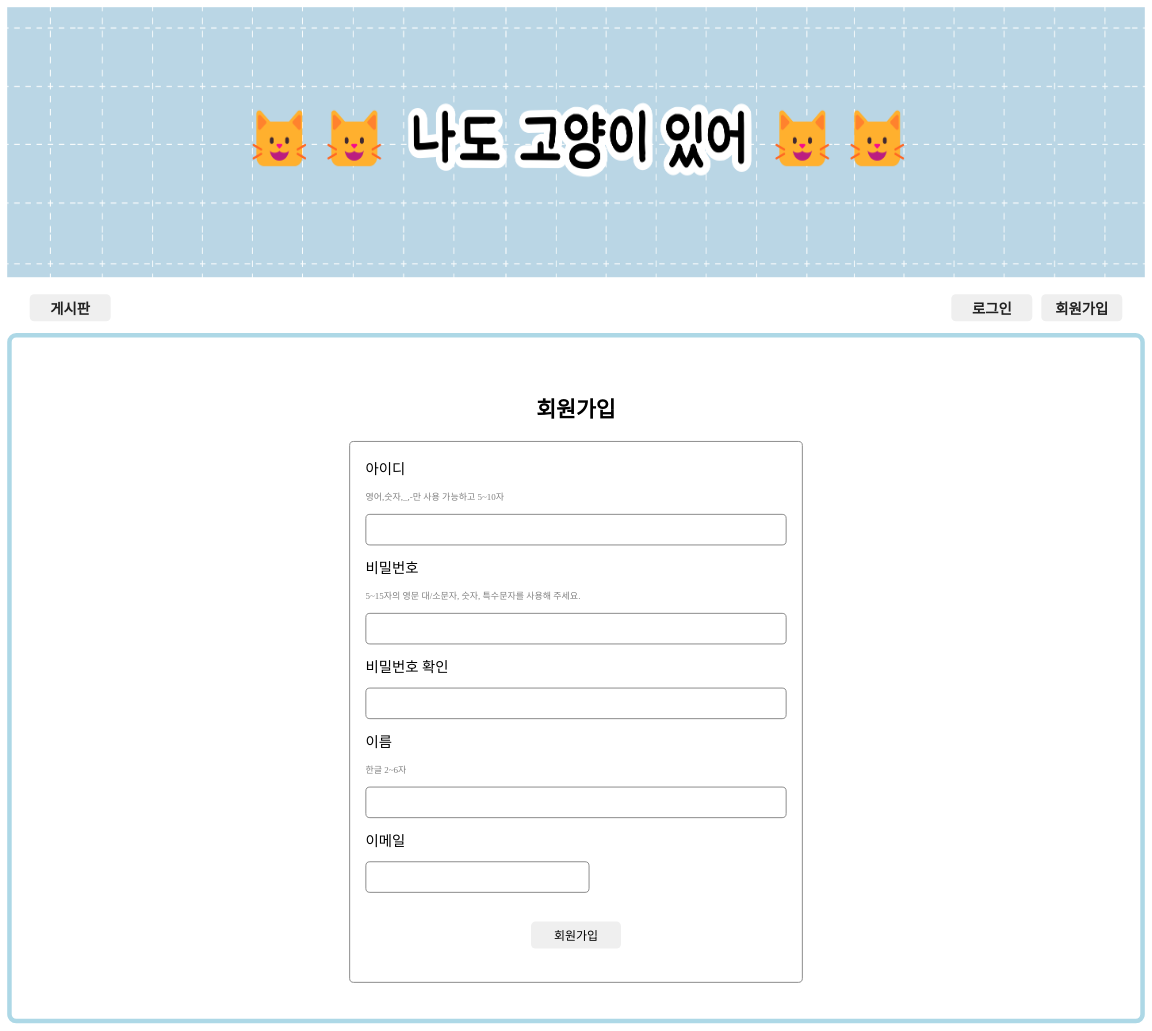
Repository: hh7711/Goit
Page: http://localhost/Goit/WEB-INF/views/signUpPage.jsp
The author's editor kept a copy of each file at every save. The page is drawn from the files as they stood at one save, then again after the next save.
The browser window is 1280 px wide. The pictures show the whole page, at 90% of full size.
Some web fonts or font styles are not loaded; a fallback is used. The page is served by Tomcat 9. Nobody is signed in. Other server files are loaded and not shown. The template is opened directly, without the code that normally fills it, so the values that code supplies are empty.

Above is the page before, as saved 2023-08-03 07:34:55.

### Goit/src/main/webapp/WEB-INF/views/signUpPage.jsp
<%@ page language="java" contentType="text/html; charset=UTF-8"
    pageEncoding="UTF-8"%>
<%@ taglib prefix="c" uri="http://java.sun.com/jsp/jstl/core" %>
<!DOCTYPE html>
<html>
<head>
<meta charset="UTF-8">
<title>나도 고양이 있어</title>
    <style>
    	@font-face {
		    font-family: 'Dovemayo_gothic';
		    src: url('https://cdn.jsdelivr.net/gh/projectnoonnu/noonfonts_2302@1.1/Dovemayo_gothic.woff2') format('woff2');
		    font-weight: normal;
		    font-style: normal;
		}
		body,button,textarea {
			font-family: 'Dovemayo_gothic';
		}
		#main1{
			border: 5px solid lightblue;
			border-radius: 10px;
		}
		.headBtnDiv{
			margin-bottom: 30px; margin-top: 10px;
			margin-left: 20px; margin-right: 20px;
		}
    	.headBtn{
        	border: 0.5px;
        	width: 90px;
        	height: 30px;
        	color: rgb(34, 34, 34);
        	border-radius: 5px;
        	font-size: medium;
        	font-weight: bold;
        	margin: 5px;
        }
        .headBtn:hover{
        	background-color: rgb(211, 253, 255);
        }
        .headId{
        	font-size: medium;
        	font-weight: bold;
        	margin-top: 8px; margin-left: 5px; margin-right: 5px; margin-bottom: 10px;
        }
        table{
            margin-left: auto; margin-right: auto;
            margin-top: 40px; margin-bottom: 40px;
            border: 0.2px solid gray;
            border-radius: 5px;
            align-content: center;
            padding: 10px;
        }
        tr,td{
        	padding: 5px;
        }
        input{
            /* border-top: none; border-left: none; border-right: none; */
            /* border-bottom: 0.5px solid; */
            /* border-top-left-radius: 5px; border-top-right-radius: 5px; */
            border: 0.5px solid gray;
            border-radius: 5px;
            height: 23px;
            font-family: 'Dovemayo_gothic';
            padding: 5px;
        }
        .write:focus{
            background-color: #E8F5FF;
            color: rgb(75, 75, 75);
            outline: none;
            /* box-shadow: 0 0 0 2px #f00; */
        }
        #signUp{
            border: none;
            border-radius: 5px;
            width: 100px;
            height: 30px;
        }
        #signUp:hover{
            background-color: #E8F5FF;
        }
        .displaynone{
        	color: red;
        }
    </style>
</head>
<body>
<!-- 상단 -->
	<div>
		<a href="mainPage">
			<img style="height: 300px;" alt="오류" src="resources/main/main15.png" width="100%">
		</a>
	</div>
	<div class="headBtnDiv">
		<button type="button" class="headBtn" style="float: left;" onclick="location.href='boardList'">게시판</button>
		<c:if test="${dto == null}">
			<button type="button" class="headBtn" style="float: right;" onclick="location.href='signUpPage'">회원가입</button>
			&nbsp;<button type="button" class="headBtn" style="float: right;" onclick="location.href='signInPage'">로그인</button>
		</c:if>
		<c:if test="${dto != null}">
			<button type="button" class="headBtn" style="float: right;" onclick="location.href='signOut'">로그아웃</button>&nbsp;
			<button type="button" class="headBtn" style="float: right;" onclick="location.href='myPage'">마이페이지</button>
			<span class="headId" style="float: right;">${dto.id}님</span>
		</c:if>
	</div>
<!-- 상단 -->
	<div id="main1">
		<div id="main2">
			<div><!-- 본문 -->
				<form method="post" action="signUp" name="signup">
					<table>
						<caption><h2>회원가입</h2></caption>
						<tr>
			                <td>아이디</td>
						</tr>
						<tr>
			                <td style="color: gray; font-size: x-small;">
			                	영어,숫자,_,-만 사용 가능하고 5~10자
			                </td>
						</tr>
			            <tr>
			                <td>
			                    <!-- <input type="text" name="id" id="id" placeholder="아이디를 입력하세요"> -->
			                    <input type="text" name="id" id="id" class="write" size="60" maxlength="10">
			                </td>
			            </tr>
						<tr id="idX" style="display: none;">
							<td style="height: 10px">
			                   	<span class="displaynone">사용할 수 없는 아이디입니다. 다른 아이디를 입력해 주세요.</span>
			                </td>
						</tr>
						<tr id="idO" style="display: none;">
			                <td>
			                    <span class="displaynone">사용 가능한 아이디 입니다.</span>
			                </td>
						</tr>
						<tr>
			                <td>
			                	비밀번호
			                </td>
						</tr>
						<tr>
			                <td style="color: gray; font-size: x-small;">
			                	<span>5~15자의 영문 대/소문자, 숫자, 특수문자를 사용해 주세요.</span>
			                </td>
						</tr>
			            <tr>
			                <td>
			                    <input type="password" id="pwd1" class="write" size="60" maxlength="15">
			                </td>
			            </tr>
						<tr>
			                <td>비밀번호 확인</td>
						</tr>
			            <tr>
			                <td>
			                    <input type="password" name="pwd" id="pwd2" class="write" size="60" maxlength="15">
			                </td>
			            </tr>
			            <tr id="pwdX" style="display: none;">
			                <td>
			                    <span class="displaynone">비밀번호가 일치하지 않습니다.</span>
			                </td>
			            </tr>
			            <tr id="pwdO" style="display: none;">
			                <td>
								<span class="displaynone">비밀번호가 일치합니다.</span>
			                </td>
			            </tr>
						<tr>
			                <td>이름</td>
						</tr>
						<tr>
			                <td style="color: gray; font-size: x-small;">
			                	한글 2~6자
			                </td>
						</tr>
			            <tr>
			                <td colspan="2">
			                    <input type="text" name="name" id="name" class="write" size="60" maxlength="6">
			                </td>
			            </tr>
						<tr>
			                <td>이메일</td>
						</tr>
			            <tr>
			                <td colspan="2">
			                    <input type="text" name="email" id="email" class="write" size="30">
			                </td>
			            </tr>
			            <tr>
			                <td align="center">
			                    <div style="margin: 20px;">
			                        <button type="button" id="signUp">회원가입</button>
			                    </div>
			                </td>
			            </tr>
					</table>
				</form>
			</div><!-- 본문 -->
		</div><!-- main1 -->
	</div><!-- main2 -->
    <script src="https://ajax.googleapis.com/ajax/libs/jquery/3.3.1/jquery.min.js"></script>
    <script type="text/javascript">
        var idCheck = false;
        var pwdCheck = false;
        $("#id").on("propertychange change keyup paste input", function () {
        	var id = $(this).val();
            $.ajax({
                url: "idCheck",
                type: "post",
                data: {id : id},
                dataType: "json",
                success : function(result) {
                    if (result == 2) {
                        $("#idO").show();
                        $("#idX").hide();
                        idCheck = true;
                    }else if (result == 1) {
                        $("#idX").show();
                        $("#idO").hide();
                        idCheck;
                    }
                },
                error: function(){
                    alert("오류");
                }
            });
        });
        $("#pwd2").on("propertychange change keyup paste input", function () {
        	console.log("비밀번호 입력중")
			if ($("#pwd1").val() != $("#pwd2").val()) {
			    $("#pwdX").show();
			    $("#pwdO").hide();
			}else if ($("#pwd1").val() == $("#pwd2").val()) {
			    $("#pwdO").show();
			    $("#pwdX").hide();
			}
        });
//      아이디, 비밀번호, 이름, 이메일 유효성검사를 위한 정규식
// 		영어,숫자,_,-만 사용 가능하고 5~10자
        var userIdCheck = RegExp(/^[A-Za-z0-9_\-]{5,10}$/);
//      영문 대/소문자, 숫자, 특수문자를 하나 이상 포함하여 5~15자
        var userPwdCheck = (/^(?=.*[a-z])(?=.*[A-Z])(?=.*[0-9])(?=.*[!@#$%^*?]).{5,15}$/);
//         한글 2~6자
        var userNameCheck = RegExp(/^[가-힣]{2,6}$/);

        var userEmailCheck = RegExp(/^[A-Za-z0-9_\.\-]+@[A-Za-z0-9\-]+\.[A-Za-z0-9\-]+/);

//      회원가입 버튼 눌렀을때
        $("#signUp").on("click", function() {
			if ($("#id").val() == "") {
				alert("아이디를 입력해주세요.");
				$("#id").focus();
				return false;
			}
			if(!userIdCheck.test($("#id").val())){
		        alert("아이디 형식에 맞게 입력해주세요.");
		        $("#id").focus();
		        return false;
	      	}
        	if (idCheck == false) {
        		alert("이미 존재하는 아이디 입니다.");
				$("#id").focus();
				return false;
			}
			if ($("#id").val().length < 5) {
				alert("아이디는 5글자 이상이여야 합니다");
				$("#id").focus();
				return false;
			}
			if ($("#pwd1").val() == "" || $("#pwd2").val() == "") {
				alert("비밀번호를 입력해주세요.");
				$("#pwd1").focus();
				return false;
			}
			if ($("#id").val() == $("#pwd1").val()) {
				alert("아이디를 비밀번호로 사용할 수 없습니다.");
				$("#pwd1").val("");
				$("#pwd1").focus();
				return false;
			}
			if ($("#pwd1").val().length < 5) {
				alert("비밀번호는 5자 이상이여야 합니다.");
				$("#pwd1").focus();
				return false;
			}
			if ($("#pwd1").val() != $("#pwd2").val()) {
				alert("비밀번호가 일치하지 않습니다.");
				$("#pwd1").focus();
				return false;
			}
			if(!userPwdCheck.test($("#pwd1").val())){
		        alert("비밀번호 형식에 맞게 입력해주세요.");
		        $("#pwd1").focus();
		        return false;
	      	}
			if ($("#name").val() == "") {
				alert("이름을 입력해주세요.");
				$("#name").focus();
				return false;
			}
			if(!userNameCheck.test($("#name").val())){
		        alert("이름똑바로~");
		        $("#name").focus();
		        return false;
	      	}
			if ($("#email").val() == "") {
				alert("이메일을 입력해주세요.");
				$("#email").focus();
				return false;
			}
			if(!userEmailCheck.test($("#email").val())){
		        alert("이메일주소가 올바르지 않습니다.");
		        $("#email").focus();
		        return false;
	      	}
			document.signup.submit();
		});
    </script>
</body>
</html>

After the next save:
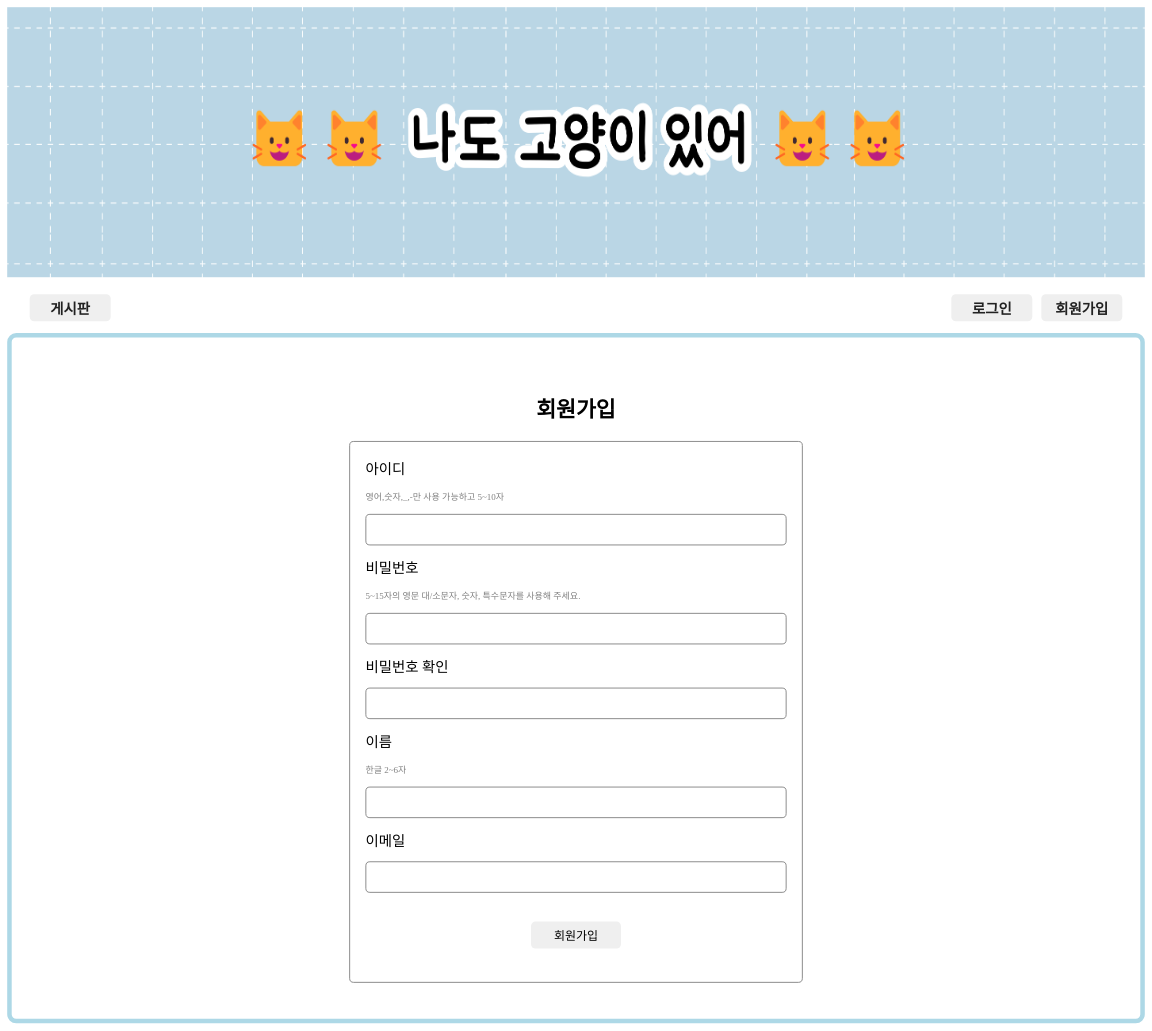
Saved 46 s later.
--- a/Goit/src/main/webapp/WEB-INF/views/signUpPage.jsp
+++ b/Goit/src/main/webapp/WEB-INF/views/signUpPage.jsp
@@ -184,7 +184,7 @@
 						</tr>
 			            <tr>
 			                <td colspan="2">
-			                    <input type="text" name="email" id="email" class="write" size="30">
+			                    <input type="text" name="email" id="email" class="write" size="60">
 			                </td>
 			            </tr>
 			            <tr>
